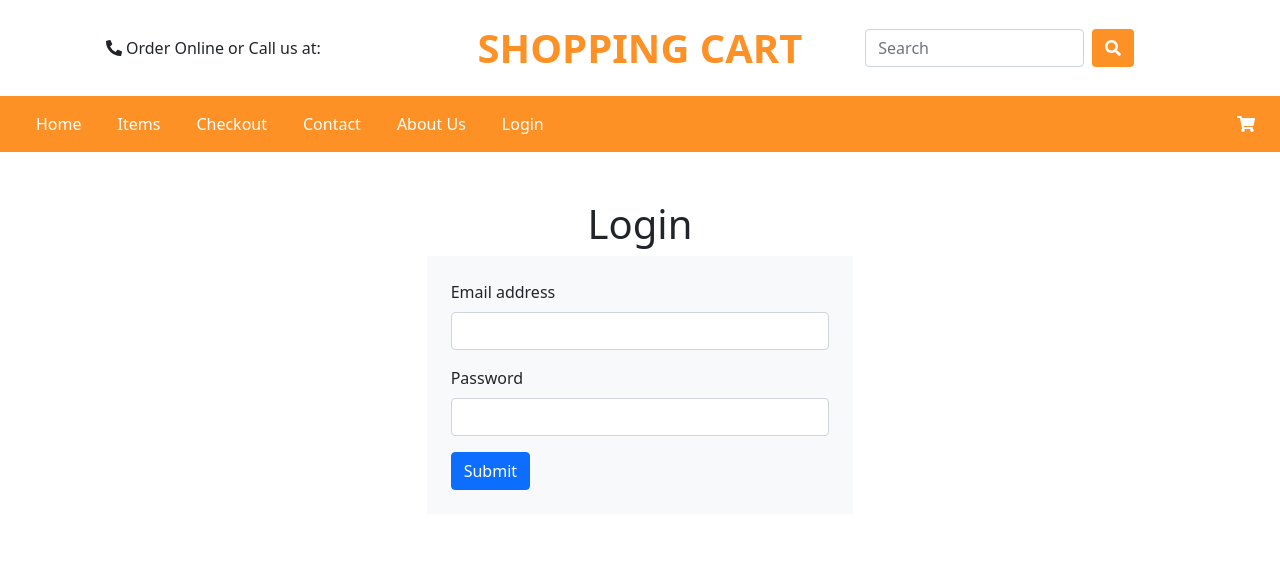
Repository: SaudCh/React-Ecommerce
Page: /login
These files come from the project's save history. The page is drawn as it stood at one moment and after the next save; the edit follows.
The browser window is 1280 px wide. The pictures show the whole page.
The project was rebuilt for these pictures with package versions that can differ from the ones it lists, and the page was loaded fresh each time. Also part of the build but not shown: src/App.css, src/Home/Carousel.jsx, src/Home/home.jsx.

Above is the page before, as saved 2021-12-05 19:16:14.

After the next save:
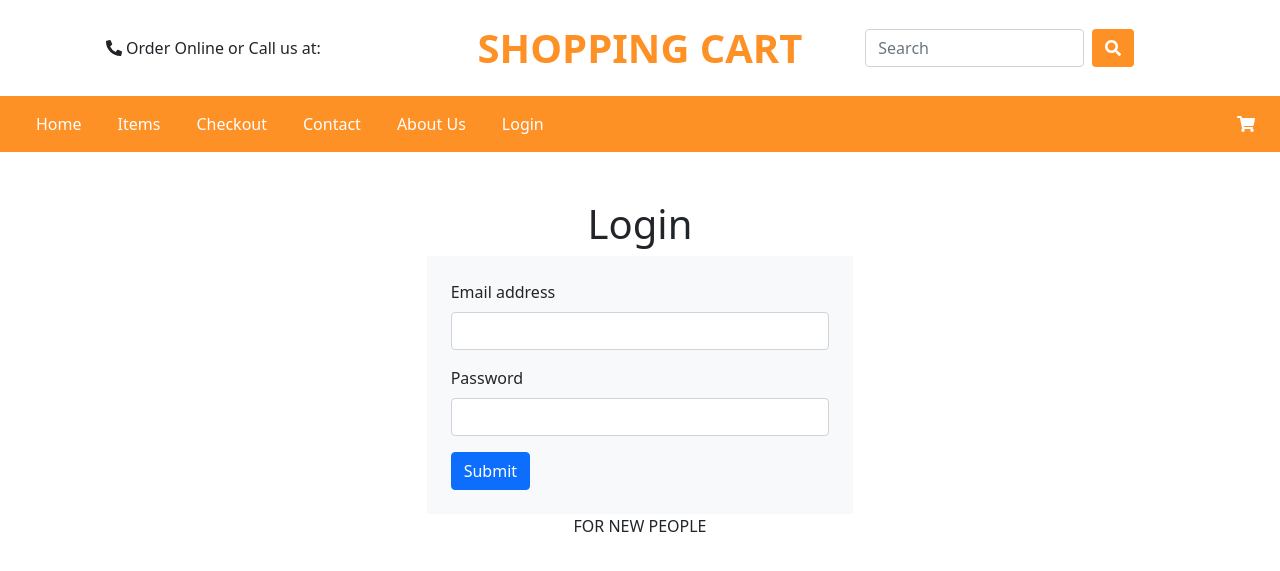
Saved 28 s later.
--- a/src/Login/Login.jsx
+++ b/src/Login/Login.jsx
@@ -24,11 +24,11 @@ export default function Login() {
             id="exampleInputPassword1"
           />
         </div>
-
         <button type="submit" class="btn btn-primary">
           Submit
         </button>
       </form>
+      <p>FOR NEW PEOPLE</p>
     </div>
   );
 }
